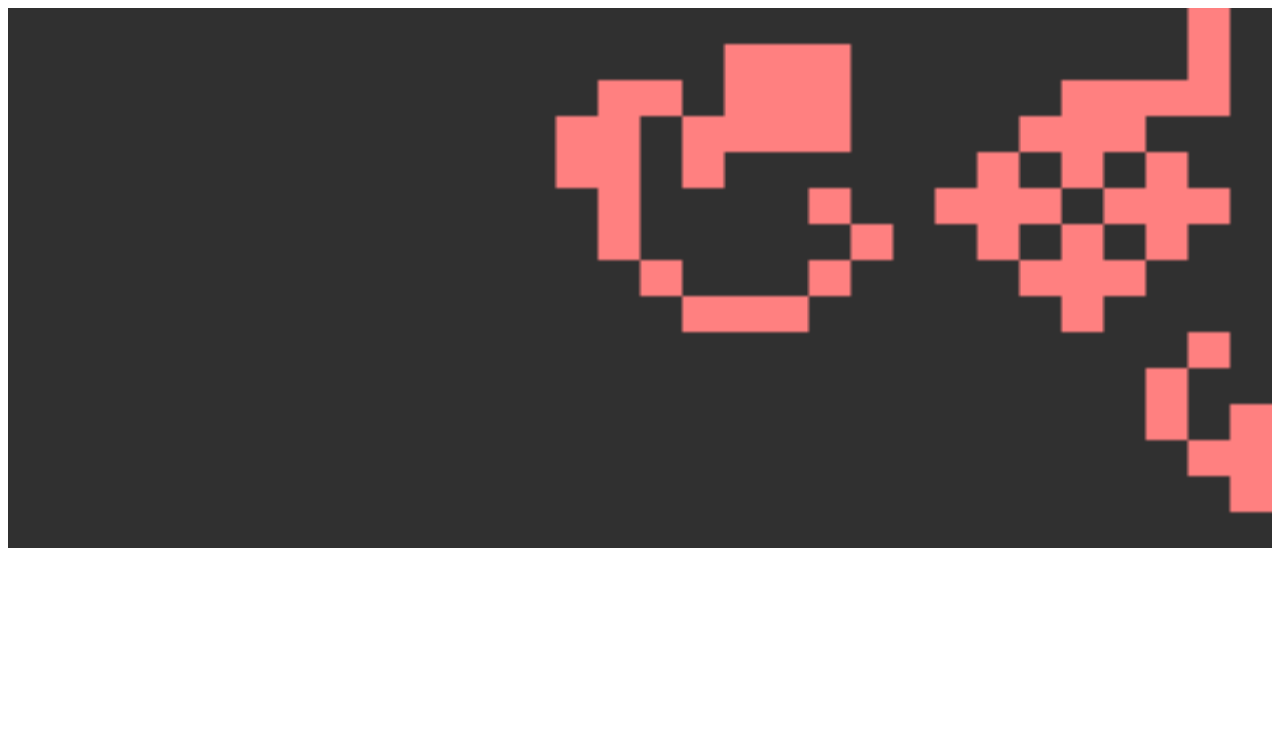
Repository: mayoujin/gol
Page: index.html
These files come from the project's save history. The page is drawn as it stood at one moment and after the next save; the edit follows.
The browser window is 1280 px wide. The pictures show the whole page.

Above is the page before, as saved 2021-03-20 13:42:35.

### index.html
<!DOCTYPE html>
<html lang="en">
    <head>
        <meta charset="UTF-8">
        <title>Title</title>
        <link rel="stylesheet" type="text/css" href="index.css" />
        <script type="module" src="index.js" defer></script>
    </head>
    <body>
        <canvas id="canvas">
            Your browser does not support the HTML5 canvas tag.
        </canvas>
    </body>
</html>

### index.css
body {
  min-height: 100vh;
  display: flex;
  align-self: center;
  justify-content: center;
  overflow: hidden;
}

#canvas {
  width: 100vw;
  height: 75vh;
}

### index.js
class Cell {
  // Set the size for each cell
  static width = 10;
  static height = 10;

  constructor(context, gridX, gridY) {
    this.context = context;

    // Store the position of this cell in the grid
    this.gridX = gridX;
    this.gridY = gridY;

    // Make random squares alive
    this.alive = Math.random() > 0.5;
  }

  draw() {
    // Draw a square, let the state determine the color
    this.context.fillStyle = this.alive ? "#ff8080" : "#303030";
    this.context.fillRect(
      this.gridX * Cell.width,
      this.gridY * Cell.height,
      Cell.width,
      Cell.height
    );
  }
}

class CellManager {
  columns = 75;
  rows = 40;

  constructor(canvas, options = {}) {
    if (!canvas || canvas.tagName !== "CANVAS") {
      throw new Error("Canvas is not exists or not invalid node type");
    }
    this.canvas = canvas;
    this.context = this.canvas.getContext("2d");
    this.gameObjects = [];

    const { rows = 40, columns = 75 } = options;
    Object.assign(this, { rows, columns });

    this.createGrid();

    // Request an animation frame for the first time
    // The gameLoop() function will be called as a callback of this request
    window.requestAnimationFrame(() => this.gameLoop());
  }

  createGrid() {
    for (let y = 0; y < this.rows; y++) {
      for (let x = 0; x < this.columns; x++) {
        this.gameObjects.push(new Cell(this.context, x, y));
      }
    }
  }

  isAlive(x, y) {
    if (x < 0 || x >= this.columns || y < 0 || y >= this.rows) {
      return false;
    }

    return this.gameObjects[this.gridToIndex(x, y)].alive ? 1 : 0;
  }

  gridToIndex(x, y) {
    return x + y * this.columns;
  }

  checkSurrounding() {
    // Loop over all cells
    for (let x = 0; x < this.columns; x++) {
      for (let y = 0; y < this.rows; y++) {
        // Count the nearby population
        let numAlive =
          this.isAlive(x - 1, y - 1) +
          this.isAlive(x, y - 1) +
          this.isAlive(x + 1, y - 1) +
          this.isAlive(x - 1, y) +
          this.isAlive(x + 1, y) +
          this.isAlive(x - 1, y + 1) +
          this.isAlive(x, y + 1) +
          this.isAlive(x + 1, y + 1);
        let centerIndex = this.gridToIndex(x, y);

        if (numAlive == 2) {
          // Do nothing
          this.gameObjects[centerIndex].nextAlive = this.gameObjects[
            centerIndex
          ].alive;
        } else if (numAlive == 3) {
          // Make alive
          this.gameObjects[centerIndex].nextAlive = true;
        } else {
          // Make dead
          this.gameObjects[centerIndex].nextAlive = false;
        }
      }
    }

    // Apply the new state to the cells
    for (let i = 0; i < this.gameObjects.length; i++) {
      this.gameObjects[i].alive = this.gameObjects[i].nextAlive;
    }
  }

  gameLoop() {
    // Check the surrounding of each cell
    this.checkSurrounding();

    // Clear the screen
    this.context.clearRect(0, 0, this.canvas.width, this.canvas.height);

    // Draw all the gameobjects
    for (let i = 0; i < this.gameObjects.length; i++) {
      this.gameObjects[i].draw();
    }

    // The loop function has reached it's end, keep requesting new frames
    setTimeout(() => {
      window.requestAnimationFrame(() => this.gameLoop());
    }, 100);
  }
}

window.onload = () => {
  // The page has loaded, start the game
  debugger;
  const canvas = document.querySelector("#canvas");
  const options = { columns: 50, rows: 100 };
  new CellManager(canvas, options);
};

After the next save:
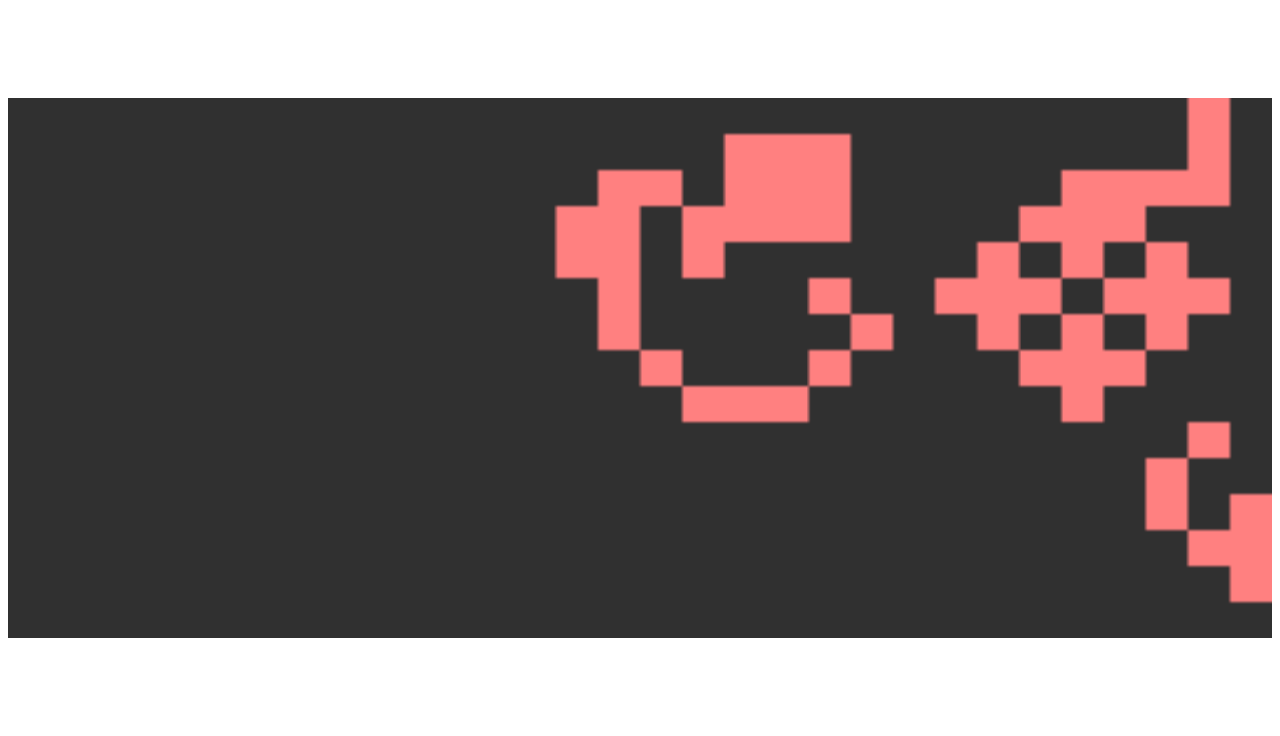
Saved 35 s later.
--- a/index.css
+++ b/index.css
@@ -1,7 +1,7 @@
 body {
   min-height: 100vh;
   display: flex;
-  align-self: center;
+  align-items: center;
   justify-content: center;
   overflow: hidden;
 }
